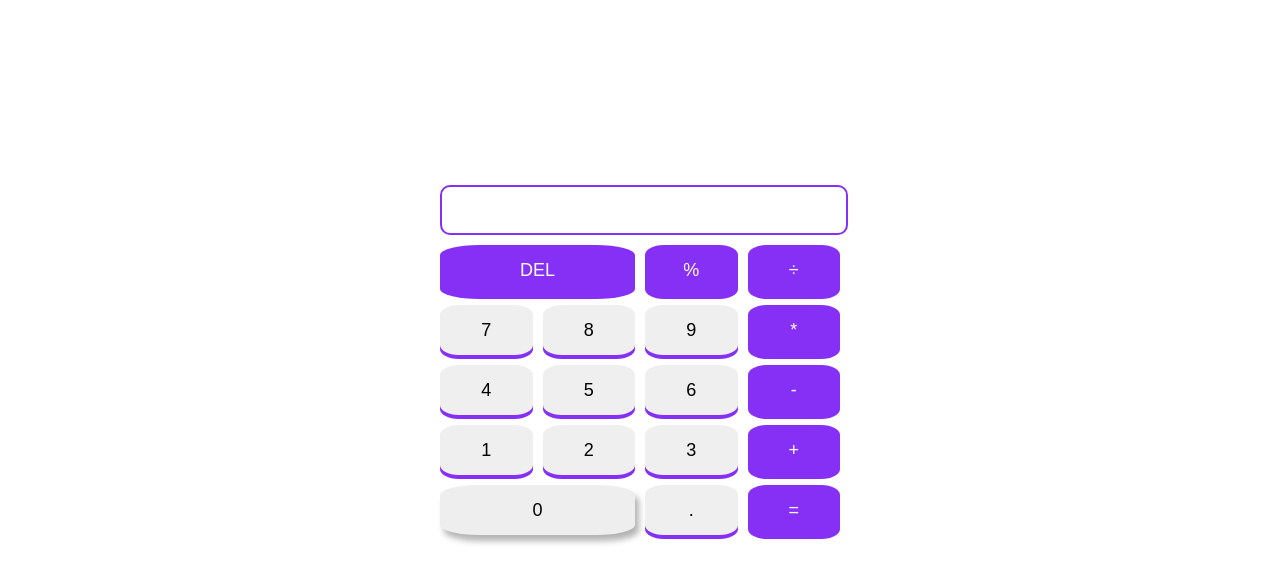
Repository: zlazlazla35/calculator
Page: /
An editor plug-in stored every save of this project. The page is shown before and after the next save, followed by the edit.
The browser window is 1280 px wide. The pictures show the whole page.
The project was rebuilt for these pictures with package versions that can differ from the ones it lists, and the page was loaded fresh each time.

Above is the page before, as saved 2024-10-15 16:16:56.

### public/index.html
<!DOCTYPE html>
<html lang="en">
  <head>
    <meta charset="utf-8" />
    <link rel="icon" href="%PUBLIC_URL%/favicon.png" />
    <meta name="viewport" content="width=device-width, initial-scale=1" />
    <meta name="theme-color" content="#000000" />
    <meta
      name="description"
      content="Web site created using create-react-app"
    />
    <link rel="apple-touch-icon" href="%PUBLIC_URL%/logo192.png" />
    <!--
      manifest.json provides metadata used when your web app is installed on a
      user's mobile device or desktop. See https://developers.google.com/web/fundamentals/web-app-manifest/
    -->
    <link rel="manifest" href="%PUBLIC_URL%/manifest.json" />
    <!--
      Notice the use of %PUBLIC_URL% in the tags above.
      It will be replaced with the URL of the `public` folder during the build.
      Only files inside the `public` folder can be referenced from the HTML.

      Unlike "/favicon.ico" or "favicon.ico", "%PUBLIC_URL%/favicon.ico" will
      work correctly both with client-side routing and a non-root public URL.
      Learn how to configure a non-root public URL by running `npm run build`.
    -->
    <title>계산기</title>
  </head>
  <body>
    <noscript>You need to enable JavaScript to run this app.</noscript>
    <div id="root"></div>
    <!--
      This HTML file is a template.
      If you open it directly in the browser, you will see an empty page.

      You can add webfonts, meta tags, or analytics to this file.
      The build step will place the bundled scripts into the <body> tag.

      To begin the development, run `npm start` or `yarn start`.
      To create a production bundle, use `npm run build` or `yarn build`.
    -->
  </body>
</html>

### src/App.js
import styled from "styled-components";
import './App.css';
import {  useEffect, useRef, useState } from 'react';

let Calculating = styled.div`
  width : 100%;
  margin : 0 auto;
`

let Btnbox = styled.div`
  width : 100%
  background-color: #fff;
  font-size : 18px;
  border-radius: 35%;
  display: grid;
  grid-template-columns: repeat(4, 1fr);
  gap : 10px 10px;
`

let Btn = styled.button`
  width : 100%;
  background-color: ${ props => props.bg };
  color : ${props =>  props.bg == '#8630f5' ? '#fff' :  '#000'  };
  font-size : 18px;
  border-radius: 20%;
  height : 50px;
  border: none;
  box-shadow:0px 4px 0px #8630f5;
  transition-duration: 0.3s;
`

let ZeroBtn = styled.button`
  width : 100%;
  background-color: #eee;
  font-size : 18px;
  border-radius: 20%;
  height : 50px;
  border: none;
  box-shadow: 4px 6px 6px rgba(0, 0, 0, 0.3);
  grid-column: 1/3;
  transition-duration: 0.3s;
`




function App() {

  const [num, setNum] = useState("");
  const [afterNum, setAfterNum] = useState("");

  const [oper, setOper] = useState("");
  const [oper2, setOper2] = useState(false);
  const output = useRef();
  const active = `active`



  const getNum = (e)=>{
    if(oper2 == false){
      setNum( (prev) => prev + e.target.value );
    }

    if(oper2 == true){
      setAfterNum( (prev) => prev + e.target.value  )
    }

  }

  const getOper = (e)=>{
    setOper( () => e.target.value );
    setOper2(true);

      calResult();
      click(e.target )
  }


  const calResult = ()=>{
    switch(oper){
      case '+':
        let result = num
        result =  Number(num) + Number(afterNum)
        setNum(result);
        setAfterNum("")
        break;

      case '-':
        let result2 = num
        result2 =  Number(num) - Number(afterNum)
        setNum(result2)
        setAfterNum("")
        break;

      case '*':
        let result3 = num
        result3 =  Number(num) * Number(afterNum)
        setNum(result3)
        setAfterNum("")
        break;

      case '÷':
        let result4 = num
        result4 =  Number(num) / Number(afterNum)
        setNum(result4)
        setAfterNum("")
        break;

    }

  }


  useEffect(()=>{
    if(oper == "="){
      setOper("")
    }if(oper == "del"){
      setNum("");
      setAfterNum("");
      setOper("");
      setOper2(false);
      output.current.style.color = '#fff'
    }else{
            output.current.style.color = '#232323'
    }
  }, [oper])



  // useEffect(()=>{
  //   console.log(output.current)
  // }, [output])

  function click(a){
    a.classList.add(active);
    // console.log(a.classList.add(active))
  }


  return (
    <div className="App">
      <div className="contents">
        <Calculating>
            <input className="output" ref={output} value={ num + oper  + afterNum  }/>
          <Btnbox>
            {/* <Btn value='ac' onClick={getOper} bg="#8630f5">AC</Btn> */}
            <Btn value='del' style={{gridColumn : '1/3'}} onClick={getOper} bg="#8630f5">DEL</Btn>
            <Btn value='%' onClick={getOper} bg="#8630f5">%</Btn>
            <Btn value='÷' onClick={getOper} bg="#8630f5">÷</Btn>
            <Btn value={7} onClick={getNum}>7</Btn>
            <Btn value={8} onClick={getNum}>8</Btn>
            <Btn value={9} onClick={getNum}>9</Btn>
            <Btn value='*' onClick={getOper}  bg="#8630f5">*</Btn>
            <Btn value={4} onClick={getNum}>4</Btn>
            <Btn value={5} onClick={getNum}>5</Btn>
            <Btn value={6} onClick={getNum}>6</Btn>
            <Btn value='-'  onClick={getOper}  bg="#8630f5">-</Btn>
            <Btn value={1} onClick={getNum}>1</Btn>
            <Btn value={2} onClick={getNum}>2</Btn>
            <Btn value={3} onClick={getNum}>3</Btn>
            <Btn value="+"  onClick={getOper} bg="#8630f5">+</Btn>
            <ZeroBtn value={0} onClick={getNum}>0</ZeroBtn>
            <Btn value='.' onClick={getNum}>.</Btn>
            <Btn value='='  onClick={getOper} bg="#8630f5"> =</Btn>
          </Btnbox>
        </Calculating>
      </div>
    </div>
  );
}

export default App;

// 버튼 클릭시 그 버튼한테 active 클레스명 잠깐 붙였다가 떼어주기

### src/App.css
.App {
  text-align: center;
}

.App-logo {
  height: 40vmin;
  pointer-events: none;
}

@media (prefers-reduced-motion: no-preference) {
  .App-logo {
    animation: App-logo-spin infinite 20s linear;
  }
}

.App-header {
  background-color: #282c34;
  min-height: 100vh;
  display: flex;
  flex-direction: column;
  align-items: center;
  justify-content: center;
  font-size: calc(10px + 2vmin);
  color: white;
}

.App-link {
  color: #61dafb;
}

@keyframes App-logo-spin {
  from {
    transform: rotate(0deg);
  }
  to {
    transform: rotate(360deg);
  }
}
.App {width: 100%; height: 100vh; display: flex; align-items: center; justify-content: center;}
.contents {width: 100%; max-width: 400px; }
input {width: 100%; height: 44px; margin-bottom: 10px; border: 2px solid #8630f5; border-radius: 10px;}
input:focus {outline: #8630f5; }
.active {   box-shadow: 2px 2px 0 rgb(0,0,0,0.5) !important;
  position: relative;
  top:2px;
}

Loaded but not shown: src/index.js (common file); src/index.css (common file); src/reportWebVitals.js (common file)

After the next save:
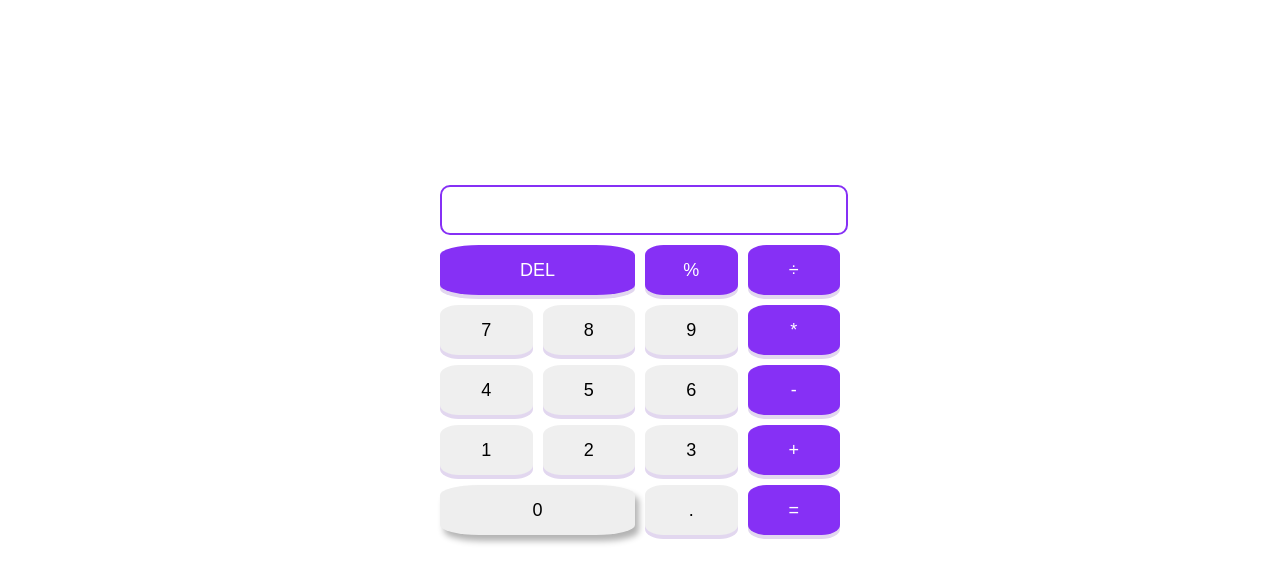
Saved 32 s later.
--- a/src/App.js
+++ b/src/App.js
@@ -25,7 +25,7 @@ let Btn = styled.button`
   border-radius: 20%;
   height : 50px;
   border: none;
-  box-shadow:0px 4px 0px #8630f5;
+  box-shadow:0px 4px 0px #e2d7ef;
   transition-duration: 0.3s;
 `
 
